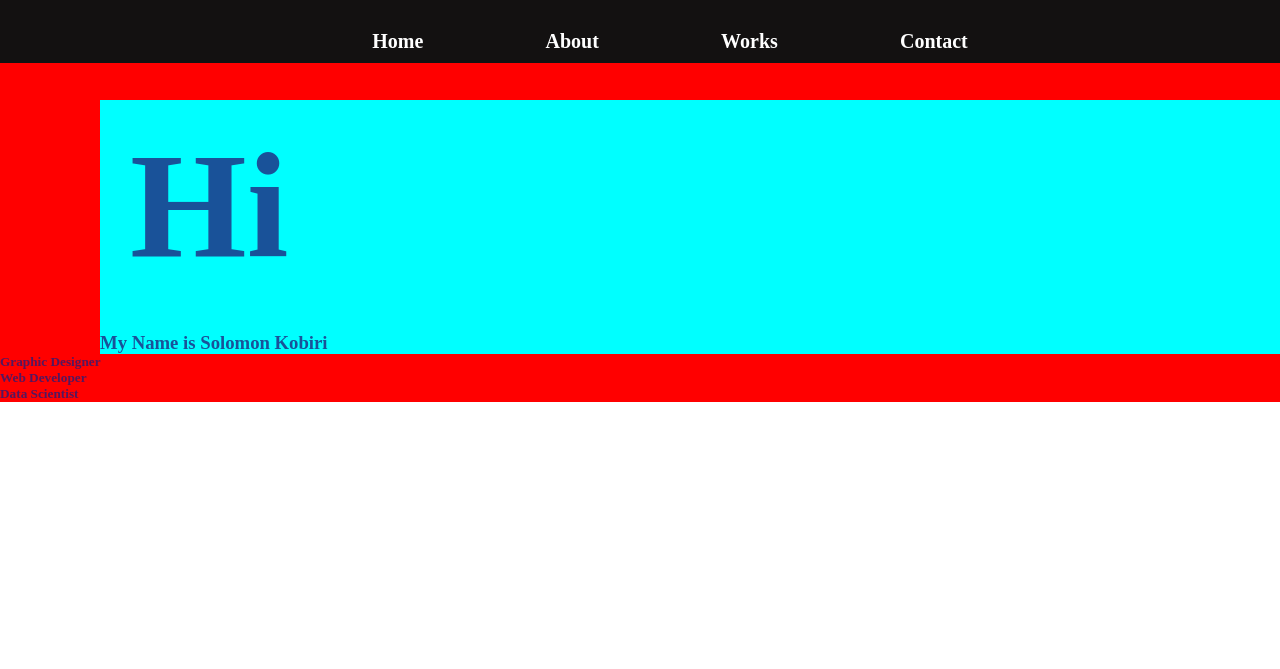
Repository: Kwabena-Kobiri/yellocoders
Page: index.html
The author's editor kept a copy of each file at every save. The page is drawn from the files as they stood at one save, then again after the next save.
The browser window is 1280 px wide. The pictures show the whole page.

Above is the page before, as saved 2021-05-05 22:28:43.

### index.html
<!DOCTYPE html>
<html lang="en">
<head>
    <meta charset="UTF-8">
    <meta http-equiv="X-UA-Compatible" content="IE=edge">
    <meta name="viewport" content="width=device-width, initial-scale=1.0">
    <link rel="stylesheet" href="index.css" />
    <title>Y'ello</title>
</head>
<body>
    <!-- HEADER COMPONENT STARTS HERE -->
    <header id="header">
        <nav id="nav">
            <ul>
                <li>Home</li>
                <li>About</li>
                <li>Works</li>
                <li>Contact</li>
            </ul>
        </nav>
    </header>
    <!-- HEADER COMPONENT ENDS HERE -->


    <!-- LANDING PAGE STARTS HERE  -->
    <section id="LandingPage">
        <div class="Details">
            <h1>Hi</h1>
            <h3>My Name is Solomon Kobiri</h3>
        </div>
        <div class="Skills">
            <h5>Graphic Designer</h5>
            <h5>Web Developer</h5>
            <h5>Data Scientist</h5>
        </div>
    </section>
    <!-- LANDING PAGE ENDS HERE -->
</body>
</html>

### index.css
* {
    /* background-color: red; */
    margin: 0px;
}

/* HEADER STYLING STARTS HERE */
#header {
    background-color: rgba(19, 17, 17, 1);
    justify-content: center;
    padding: 10px;
    width: 100%;
    position: fixed;
    z-index: 999;
    color: white;
}

#nav {
    margin: 20px 200px 0px 200px;
    /* background-color: blue; */
}

#nav > ul {
    display: flex;
    flex-direction: row;
    justify-content: space-evenly;
    list-style: none;
}

#nav > ul > li {
    text-decoration: none;
    font-size: 20px;
    font-weight: 550;
}

/* HEADER STYLING ENDS HERE */


/* LANDING PAGE STYLING STARTS HERE */
#LandingPage {
    position: absolute;
    width: 100%;
    z-index: 0;
    color: rgba(32, 30, 122, 0.767);
    background-color: red;
}

.Details {
    margin-top: 100px;
    margin-left: 100px;
    background-color: aqua;
}

.Details > h1 {
    margin: 50px 0px 20px 10px;
    font-size: 150px;
    padding: 20px;
}

/* LANDING PAGE STYLING ENDS HERE */

After the next save:
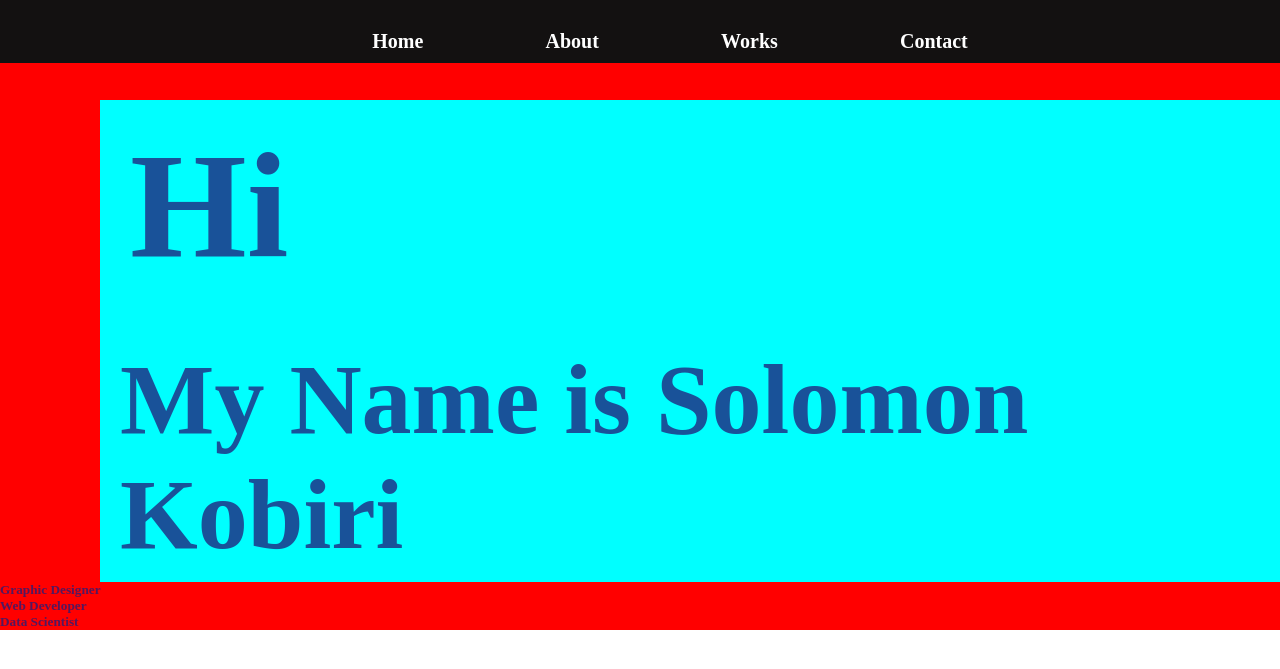
Saved 114 s later.
--- a/index.css
+++ b/index.css
@@ -56,4 +56,11 @@
     padding: 20px;
 }
 
+.Details > h3 {
+    margin-left: 10px;
+    font-size: 100px;
+    padding: 10px;
+    justify-content: center;
+}
+
 /* LANDING PAGE STYLING ENDS HERE */
